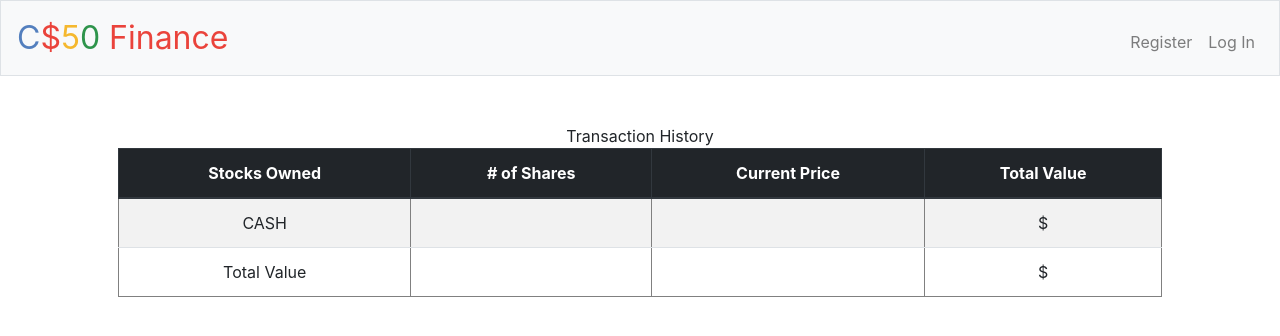
Repository: veeSauce/cs50
Page: pset8/finance/templates/history.html
The author's editor kept a record of every edit. The page is drawn from the files as they stood at one moment, then again after the next edit.
The browser window is 1280 px wide. The pictures show the whole page.
The template is drawn by Flask 3. The application's start-up code is not run. The template is opened directly, without the code that normally fills it, so the values that code supplies are empty.

Above is the page before.
Console error: TypeError: $(...).DataTable is not a function

After the next edit:
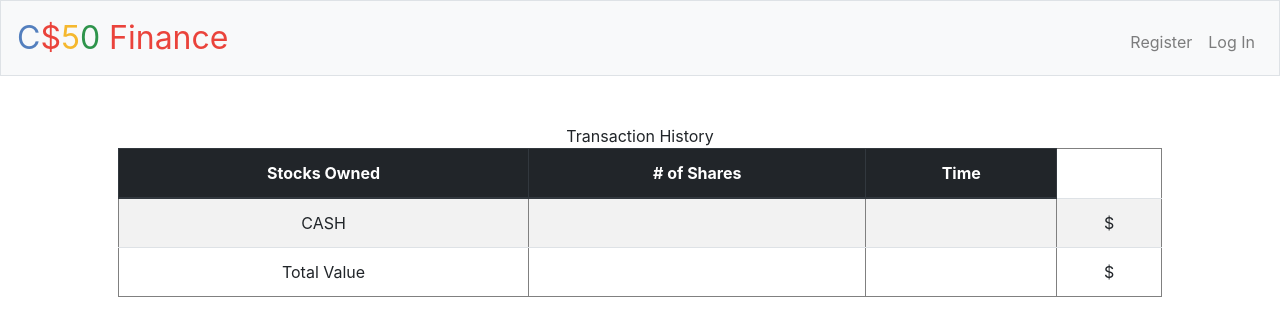
The edit:
--- a/pset8/finance/templates/history.html
+++ b/pset8/finance/templates/history.html
@@ -8,8 +8,7 @@
         <tr>
           <th scope="col" name="stockSymbol" value="">Stocks Owned</th>
           <th scope="col"># of Shares</th>
-          <th scope="col">Current Price</th>
-          <th scope="col">Total Value</th>
+          <th scope="col">Time</th>
         </tr>
       </thead>
 
